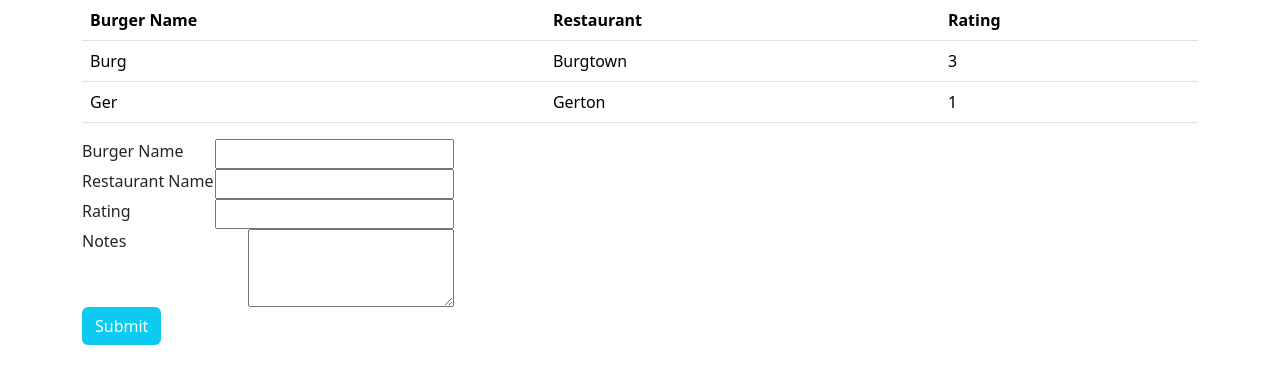
Repository: Hokusai12/Java_Dojo
Page: http://localhost/burgertracker/WEB-INF/index.jsp
An editor plug-in stored every save of this project. The page is shown before and after the next save, followed by the edit.
The browser window is 1280 px wide. The pictures show the whole page.
The page is served by Tomcat 9. Nobody is signed in. The template is opened directly, without the code that normally fills it, so the values that code supplies are empty.

Above is the page before, as saved 2023-03-05 18:22:59.

After the next save:
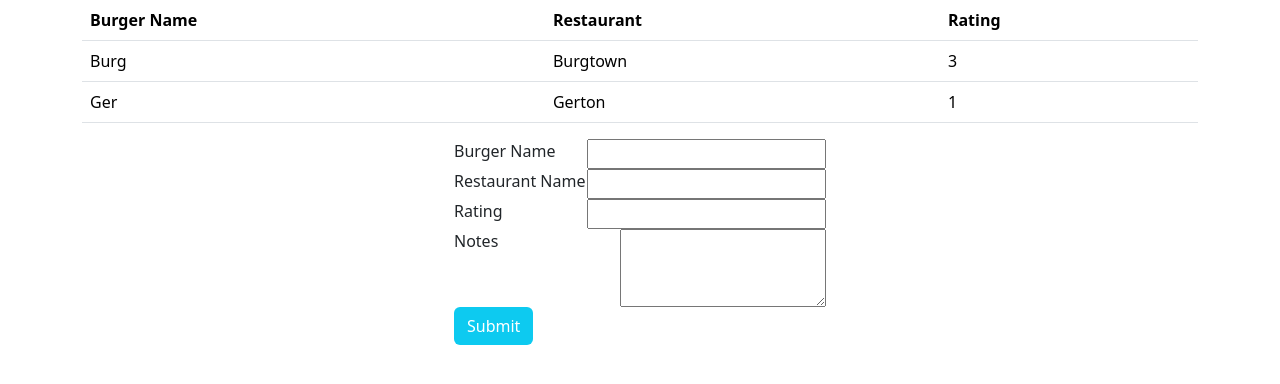
Saved 33 s later.
--- a/Spring/MVC/burgertracker/src/main/webapp/WEB-INF/index.jsp
+++ b/Spring/MVC/burgertracker/src/main/webapp/WEB-INF/index.jsp
@@ -32,7 +32,7 @@
 			</tbody>
 		</table>
 	</div>
-	<div class="container d-flex justify-content-middle">
+	<div class="container d-flex justify-content-around">
 		<form class="col-4" action="">
 			<div class="d-flex justify-content-between">
 				<label for="name">Burger Name</label>
